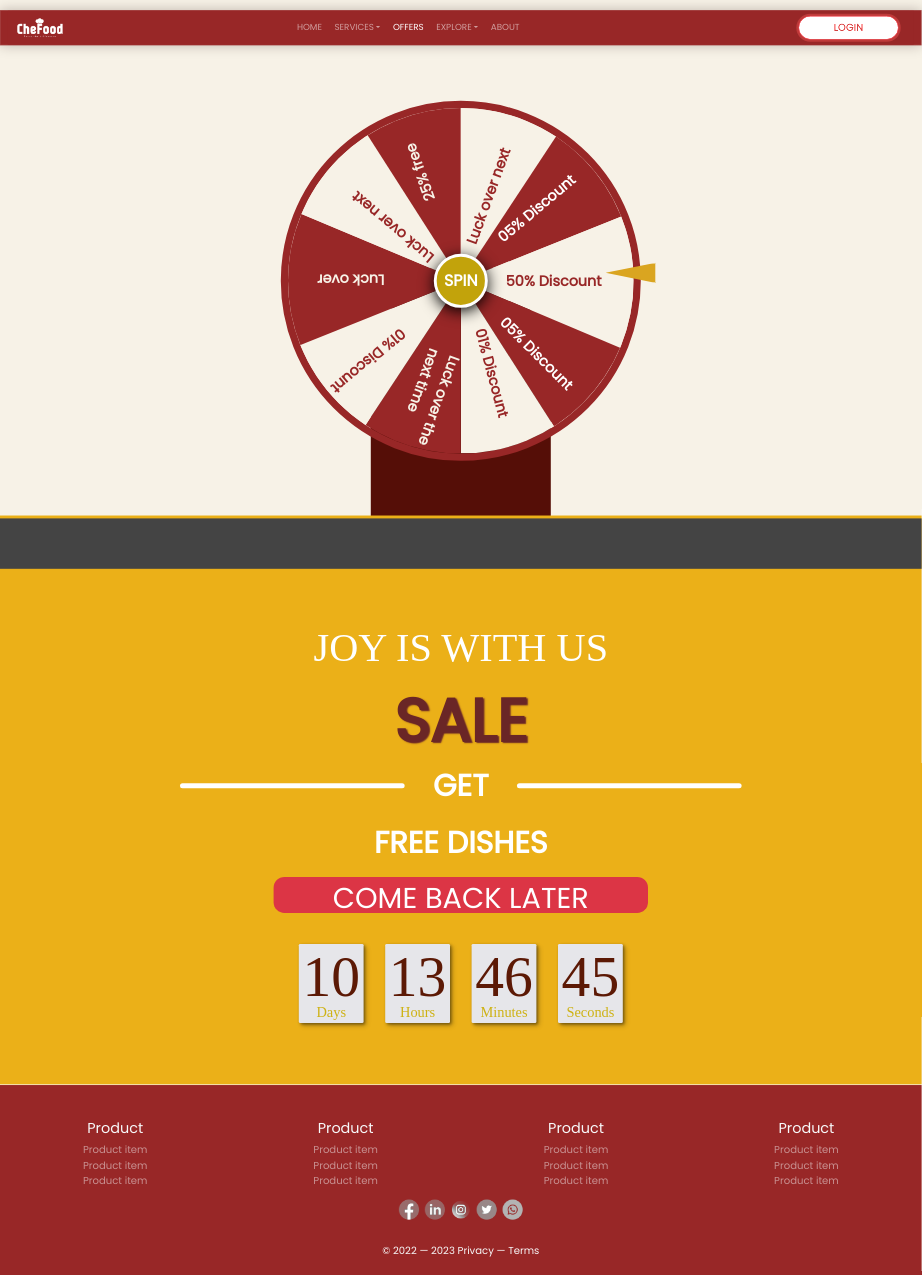
Repository: qamchamine/chefood
Page: /offers (app in front-end/)
These files come from the project's save history. The page is drawn as it stood at one moment and after the next save; the edit follows.
The browser window is 1280 px wide. The pictures show the whole page, at 72% of full size.
The project was rebuilt for these pictures with package versions that can differ from the ones it lists, and the page was loaded fresh each time. Some packages were replaced by stand-ins written for this rebuild. Also part of the build but not shown: front-end/src/components/small_components/ButtonMain.jsx, front-end/src/components/small_components/HomeCard.jsx, front-end/src/components/small_components/HomeCardFullSection.jsx, front-end/src/components/pages/Home.jsx, front-end/src/css/explore.css, front-end/src/components/pages/sub-pages/Gallery.jsx, front-end/src/components/pages/sub-pages/Delivery.jsx, front-end/src/components/small_components/ComponentToPrint.jsx and 28 more. Imported but missing from the stored project, and not drawn on this page: front-end/src/sounds/applause.mp3, front-end/src/sounds/wheel.mp3.

Above is the page before, as saved 2023-06-18 19:56:58.

### front-end/public/index.html
<!DOCTYPE html>
<html lang="en">
  <head>
    <meta charset="utf-8" />
    <link rel="icon" href="%PUBLIC_URL%/favicon.ico" />
    <meta name="viewport" content="width=device-width, initial-scale=1" />
    <meta name="theme-color" content="#000000" />
    <meta
      name="description"
      content="Web site created using create-react-app"
    />
    <link
    rel="stylesheet"
    href="https://fonts.googleapis.com/css?family=Roboto:400,700"
  />
    <link rel="apple-touch-icon" href="%PUBLIC_URL%/logo192.png" />
    <link rel="manifest" href="%PUBLIC_URL%/manifest.json" />

    <link rel="stylesheet" href="https://fonts.googleapis.com/icon?family=Material+Icons">

    <link rel="stylesheet" href="https://maxcdn.bootstrapcdn.com/font-awesome/4.7.0/css/font-awesome.min.css">
    <script src="https://code.jquery.com/jquery-3.5.1.min.js"></script>
    <script src="https://cdn.jsdelivr.net/npm/popper.js@1.16.0/dist/umd/popper.min.js"></script>




    <title>React App</title>
  </head>
  <body>

    <div id="root"></div>
<!--     <script src="jquery/jquery-3.6.0.js"></script>  -->
    <script src="https://unpkg.com/sweetalert/dist/sweetalert.min.js"></script>

  </body>
</html>

### front-end/src/components/pages/Offers.jsx
import React from 'react'
import WheelSpin from '../small_components/WheelSpin'
import OffersButtom from '../small_components/OffersButtom'
export default function Offers() {
  return (
    <div>


      <WheelSpin/>
      <OffersButtom/>
    </div>
  )
}

### front-end/src/css/home.css
.homeBG {
    height: fit-content;
    position: relative;
    right: -10%;
    top: 34%;
    z-index: -1;
    width: 100em !important;


}
@font-face {
    font-family: 'poppin';
    src: url('../fonts/Poppins/Poppins-Regular.ttf') ;
    font-weight: normal;
    font-style: normal;
  }
body {
    font-family:'poppin', sans-serif !important;
    background-color: #F7F2E7 !important;
    max-width: 100vw;
    font-weight: normal !important;
    overflow-x: hidden;
    font-size: 14px !important;
}

body::-webkit-scrollbar {
    width: 0;
}

.nb {
/*     position: fixed; */
/*     top: 1em; */
    background-color: #982727 !important;
    box-shadow: 0 0px 20px #1f020241;
    border: 1px solid #ffffff22;
}

.navbar {
    background-color: #982727 !important;
}

.changeColor {
    background-color: blue !important;
}

.signUP {
    background: white !important;
    color: #982727 !important;
    font-weight: bold !important;
    outline: 5px solid #982727ab;
    outline-offset: -2px;
    transition: 500ms ease;


}

.homeContent {
    height: 90vh;
    z-index: 0;
    margin-top: -1.5em !important;
}

.homeContent h1 {
    color: #F7F2E7;
    text-align: start;
width: 40vw !important;
}

.homeContent h1 span {
    position: relative;
    display: inline-block;
    margin-bottom: 10px;
    padding: 4px 20px 8px;
    transition: 1s ease;
}

.homeContent h1 span::before {
    content: '';
    position: absolute;
    background: #982727;
    left: 0;
    top: 0;
    z-index: -1;
    width: 100%;
    height: 100%;
    transform: skew(-10deg);
}

.homeContent h1 span:last-child::before {
    transform: skew(10deg);
}

.homeContent p {
    width: 72%;
    color: #982727;
    text-align: left;
}

.homeContent .homeMainButtons {
    width: 72%;
}

.cardBtn {
    transition: 1s ease;
}

.cardBtn:hover {
    filter: brightness(130%);

}

.cardBtn i {
    left: 63%;
    transition: 300ms ease;
}

.cardBtn:hover i {
    left: 75%;
}

.btnMain:hover {
    filter: brightness(130%);
}

.card-img-top {
    object-fit: cover;
}

.signUP:hover {

    background: #982727 !important;
    color: white !important;
    font-weight: bold !important;
    outline: 5px solid #ffffff55;
    outline-offset: -4px;
}

.cardsGroup:not(:first-child) {
    translate: 50% 0;
}

.arrow-1-1 {
    position: absolute;
    top: 50%;
    left: 0;
}

.home .carousel-control-prev-icon,
.home .carousel-control-next-icon {

    width: 1.3em;
    height: 1.3em;
    color:black !important;

    outline: 12px solid #982929;
    outline-offset: -1px;
    background-color: #982929;
    background-size: 100%, 100%;
    border-radius: 50%;
    box-shadow: 0 0 10px black;
}

.home .carousel-control-prev,
.home .carousel-control-next {
    z-index: 10;
    width: 4em !important;
/*     background: red; */

}

/* .py-4 {
    padding-top: 0rem !important;
    padding-bottom: 0rem !important;
} */

.nb{
    zoom:87%;
}

### front-end/src/css/delivery.css
.price {
    background: #982727;
    color: white;
    text-align: center;
    padding-block: 1em;
    border-radius: .5em;
}

.delivery-page .card {
    transition: 300ms ease;
    user-select: none;
}

.delivery-page .card ul {
    list-style-type: none;
}

.delivery-page .card:hover {
    filter: contrast(120%);
    cursor: pointer;
    outline: .3em solid #982727;
    box-shadow: 0 .4em 0px .3em #982727 !important;
}

.delivery-page {
    height: fit-content;
    display: flex;
    align-items: center;
    margin-top: 8em !important;
}
.scroll-bar-activated::-webkit-scrollbar {
    display: block !important;
    background: rgba(255, 0, 0, 0) !important;
    width: 1em !important;
}
.scroll-bar-activated{
    overflow: overlay !important;

}
.scroll-bar-activated::-webkit-scrollbar-thumb {
    display: block !important;
    background: linear-gradient(to bottom,transparent 0% 23%,#982727 20% 70%,transparent 50% 100%) !important;
    z-index: 10000000 !important;
    width: 10px !important;
}

.delivery-page>div {
    height: fit-content;
    position: relative;

}

.delivery-page>div:last-child h5 img {
    height: 11em;
}

h1.section-2{
    margin-top: 4em ;
}
.cards2{
    margin-bottom: 5em ;
}
h1{
    text-transform: uppercase;
    color: #6a2626;;
}

### front-end/src/components/small_components/WheelSpin.jsx
import React, { useEffect,useContext } from 'react'
import '../../css/spinWheel.css'
import applause from '../../sounds/applause.mp3'
import wheel from '../../sounds/wheel.mp3'
import {Link} from 'react-router-dom'
import swal from 'sweetalert2'
import { LoginContext } from '../../config/LoginContext'
export default function WheelSpin() {
  const { isLoggedIn } = useContext(LoginContext);

useEffect(() => {


    function shuffle(array) {
        var currentIndex = array.length,
          randomIndex;

        // While there remain elements to shuffle...
        while (0 !== currentIndex) {
          // Pick a remaining element...
          randomIndex = Math.floor(Math.random() * currentIndex);
          currentIndex--;

          // And swap it with the current element.
          [array[currentIndex], array[randomIndex]] = [
            array[randomIndex],
            array[currentIndex],
          ];
        }

        return array;
      }

      document.querySelector('.spin').addEventListener('click',spin)
      function spin() {
        // Play the sound
        document.querySelector('#wheel').play();
        // Inisialisasi variabel
        const box = document.getElementById("box");
        const element = document.getElementById("mainbox");
        let SelectedItem = "";

        let MagicRoaster = shuffle([1890, 2250, 2610]);
        let Sepeda = shuffle([1850, 2210, 2570]); //Kemungkinan : 100%
        let RiceCooker = shuffle([1810, 2170, 2530]);
        let LunchBox = shuffle([1770, 2130, 2490]);
        let Sanken = shuffle([1750, 2110, 2470]);
        let Electrolux = shuffle([1630, 1990, 2350]);
        let JblSpeaker = shuffle([1570, 1930, 2290]);

        // Bentuk acak
        let Hasil = shuffle([
          MagicRoaster[0],
          Sepeda[0],
          RiceCooker[0],
          LunchBox[0],
          Sanken[0],
          Electrolux[0],
          JblSpeaker[0],
        ]);
        // console.log(Hasil[0]);

        // Ambil value item yang terpilih
        if (MagicRoaster.includes(Hasil[0])) SelectedItem = "50% Discount";
        if (Sepeda.includes(Hasil[0])) SelectedItem = " 05% Discount";
        if (RiceCooker.includes(Hasil[0])) SelectedItem = "01% Discount";
        if (LunchBox.includes(Hasil[0])) SelectedItem = "Luck over the next time";
        if (Sanken.includes(Hasil[0])) SelectedItem = "01% Discount";
        if (Electrolux.includes(Hasil[0])) SelectedItem = "25% Discount";
        if (JblSpeaker.includes(Hasil[0])) SelectedItem = "05% Discount";

        // Proses
        box.style.setProperty("transition", "all ease 5s");
        box.style.transform = "rotate(" + Hasil[0] + "deg)";
        element.classList.remove("animate");
        setTimeout(function () {
          element.classList.add("animate");
        }, 5000);

        // Munculkan Alert
        setTimeout(function () {
            document.querySelector('#applause').play();
/*           swal(
            "Congratulations",
            "You Won The " + SelectedItem + ".",
            "success"
          ); */


         new swal({
            title: "Congratulations",
            text: "You Won The " + SelectedItem + ".",
            icon: "success",
            buttons: {
              confirm: {
                text: "CLAIM REWARD",
                value: true,
                className: "claim-btn"
              },
            },
          })
          .then((value) => {
            // The user clicked the "OK" button
/*             console.log("User clicked OK");
 */          });


        }, 6000);

        // Delay and set to normal state
        setTimeout(function () {
          box.style.setProperty("transition", "initial");
          box.style.transform = "rotate(90deg)";
        }, 9000);
      }


}, []);




  return (
    <div className="spinner-wheel ">
    <div className="mainbox" id="mainbox">
      <div className="box" id="box">
        <div className="box1">
          <span className="font span1"><b >  Luck over next </b></span>
          <span className="font span2"><b>05% Discount</b></span>
          <span className="font span3"><b>50% Discount</b></span>
          <span className="font span4"><b> 05%  Discount</b></span>
          <span className="font span5"><b> 01% Discount <br />
              </b></span>
        </div>
        <div className="box2">
          <span className="font span1"><b>Luck over the next time</b></span>
          <span className="font span2"><b>01% Discount </b></span>
          <span className="font span3"><b>Luck over </b></span>
          <span className="font span4"><b>Luck over next</b></span>
          <span className="font span5"><b>25% free</b></span>
        </div>
      </div>

      <div className="text-center">

	<button  className={`spin ${isLoggedIn?'':'d-none'} ` } >SPIN</button>
  {isLoggedIn?'':<button  className="trigger-btn spin" data-bs-toggle="modal" data-bs-target="#myModal">SPIN</button>}

</div>

<div id="myModal" className="modal ">
	<div className="modal-dialog position-relative modal-confirm">
		<div className="modal-content ">
			<div className="modal-header flex-column">
                <button type="button" className="btn-close " style={{translate:'80% -80%'}} data-bs-dismiss="modal" ></button>
				<div className="icon-box">
					<i className="material-icons">warning</i>
				</div>
				<h4 className="modal-title w-100 ">You need to login first !</h4>
			</div>
			<div className="modal-body">
				<p>Do you really want to delete these records? This process cannot be undone.</p>
			</div>
			<div className="modal-footer justify-content-center gap-4">

        <Link to='/register' className="btn w-25 btn-secondary"
        >Register</Link>

        <Link to='/login' className="btn w-25 px-4 ">Login</Link>
			</div>
		</div>
	</div>
</div>













    </div>
    <audio controls="controls" id="applause" src={applause} type="audio/mp3"></audio>
    <audio controls="controls" id="wheel" src={wheel} type="audio/mp3"></audio>
    <div className='spinBase'></div>
<div className=' w-100 position-absolute top-100' style={{height:'5em',background:'#444'}}>

</div>

  </div>
  )
}

### front-end/src/components/small_components/OffersButtom.jsx
import React from 'react'
import '../pages/style/offoreB.css'
// import  CountDown  from './CountDown'
import Timer from './Timer'


export default function OffersButtom() {
  return (
    <div className='parent-element bgBorder'>
      <div className='borderTB'></div>
        <div className=' contM '>
            <h1 className='title'>Joy is with us</h1>
                <h1 className='titleblack color-dark'>SALE</h1>
                  <p className='getparagraph'>GET</p>
                  <p>FREE DISHES</p>

                  <span className='bg-danger h1 Vbotton  '>COME BACK LATER</span>
                  {/* <CountDown duration={2 * 24 * 60 * 60 * 1000}/> */}
                  <Timer/>


        </div>
      <div className='borderTB'></div>
    </div>
  )
}

### front-end/src/components/small_components/Timer.jsx
import React, { useEffect, useState } from 'react';
import '../../css/Timer.css'

function Timer() {
  const [days, setDays] = useState('00');
  const [hours, setHours] = useState('00');
  const [minutes, setMinutes] = useState('00');
  const [seconds, setSeconds] = useState('00');

  useEffect(() => {
    function makeTimer() {
      const endTime = new Date("29 jun 2023 9:56:00 GMT+01:00");
      const endTimeInSeconds = Date.parse(endTime) / 1000;

      const now = new Date();
      const nowInSeconds = Date.parse(now) / 1000;

      const timeLeft = endTimeInSeconds - nowInSeconds;

      const calculatedDays = Math.floor(timeLeft / 86400);
      const calculatedHours = Math.floor((timeLeft - calculatedDays * 86400) / 3600);
      const calculatedMinutes = Math.floor((timeLeft - calculatedDays * 86400 - calculatedHours * 3600) / 60);
      const calculatedSeconds = Math.floor(timeLeft - calculatedDays * 86400 - calculatedHours * 3600 - calculatedMinutes * 60);

      const formattedHours = calculatedHours < 10 ? `0${calculatedHours}` : calculatedHours.toString();
      const formattedMinutes = calculatedMinutes < 10 ? `0${calculatedMinutes}` : calculatedMinutes.toString();
      const formattedSeconds = calculatedSeconds < 10 ? `0${calculatedSeconds}` : calculatedSeconds.toString();

      setDays(calculatedDays.toString());
      setHours(formattedHours);
      setMinutes(formattedMinutes);
      setSeconds(formattedSeconds);
    }

    const timerInterval = setInterval(makeTimer, 100);

    return () => {
      clearInterval(timerInterval);
    };
  }, []);

  return (
    <div className='timer'>
      <div id="days" className='timerD' >{days}<span className='Stime'>Days</span></div>
      <div id="hours"  className='timerD'>{hours}<span className='Stime'>Hours</span></div>
      <div id="minutes" className='timerD' >{minutes}<span className='Stime'>Minutes</span></div>
      <div id="seconds" className='timerD' >{seconds}<span className='Stime'>Seconds</span></div>
    </div>
  );
}

export default Timer;

### front-end/src/css/location.css
@import url('https://fonts.googleapis.com/css2?family=Roboto:wght@100&display=swap');

.location-color
{
  color : #982727;
  text-transform: uppercase;
  letter-spacing: 0.3em;
}
.where-restorant
{
    width: 459px;
    margin:auto;
}
.restorant-location-title{
    font-family: 'Century Gothic';
    font-size:32px;
    font-weight:400;
}
.restorant-location-line{
    background:#B12222;
    height: 3px;
    width: 450px;
    display: inline-block;
    margin: 15px auto;
}
.restorant-location-p
{
    color:#000000 75%;
    font-size: 15px;
    font-weight: 400;
    font-family: 'Roboto', sans-serif;
}
.main-location{
    display: grid !important;
    grid-template-columns: repeat(2, 1fr);
    flex-direction: column;
    justify-content: center;
    align-items: center;
    text-align:center;
}
.restorant-location-btn{
    background-color: #B12222;
    border: none;
    width: 300px;
    height: 40px;
    border-radius: 15px;
    color: #fff;
}
.restorant-location-btn:hover{
    background-color: #fff;
    border: 2px solid #B12222;
    border-radius: 15px;
    color: #B12222;
}
.location-icon{
    margin-right: 15px;
}


  @media (max-width: 1123px) { /* Extra large devices (large desktops, 1200px and up) */
    .earth-image img{
        width: 450px;
    }
  }
  @media (max-width: 992px) { /* Medium devices (tablets, 768px and up) */
    .earth-image img{
        width: 400px;
    }
    .where-restorant {
        width: 400px;
        margin: auto;
    }
    .restorant-location-line{
        width: 350px;
        display: inline-block;
    }
  }
  @media (max-width: 868px) { /* Medium devices (tablets, 768px and up) */

    .earth-image img{
        width: 380px;
    }
    .where-restorant {
        width: 380px;
        margin: auto;
    }
    .restorant-location-line{
        width: 320px;
        display: inline-block;
    }
    .restorant-location-p{
        font-size: 13px;
    }
    .restorant-location-title{
        font-size:28px;
    }

  }
  @media (max-width: 783px) { /* Small devices (landscape phones, 576px and up) */
    .earth-image img{
        margin-top: 30px;
        width: 380px;
    }
    .where-restorant {
        width: 380px;
        margin: auto;
    }
    .restorant-location-line{
        width: 320px;
        display: inline-block;
    }
    .restorant-location-p{
        font-size: 15px;
    }
    .restorant-location-title{
        font-size:32px;
    }
    .main-location{
        display: grid !important;
        grid-template-columns: repeat(1, 1fr);
        justify-items: center;
        text-align:center;
    }
  }
  @media(max-width: 401px){ /* Small devices (landscape phones, 576px and up) */
    .earth-image img{
        width: 330px;
        margin-top: 30px;
    }
    .where-restorant {
        width: 330px;
        margin: auto;
    }
    .restorant-location-line{
        width: 320px;
        display: inline-block;
    }
    .restorant-location-p{
        font-size: 13px;
    }
    .restorant-location-title{
        font-size:28px;
    }
    .main-location{
        display: grid !important;
        grid-template-columns: repeat(1, 1fr);
        justify-items: center;
        text-align:center;
    }
  }

### front-end/src/css/Timer.css

@import url(https://fonts.googleapis.com/css?family=Titillium+Web:400,200,200italic,300,300italic,900,700italic,700,600italic,600,400italic);

/* .timer {
  font-family: 'Titillium Web', cursive;
  width: 800px;
  margin: 0 auto;
  text-align: center;
  color: white;
  background: #222;
  font-weight: 100;
} */

.timer {
  display: inline-flex;
  line-height: 1;
  padding: 20px;
  font-size: 40px;
  font-family: 'Times New Roman', cursive;


}
.timerD{
    border-radius: 2px;
    padding: 5px;
    font-size: 10px;
    border: 70px rgb(131, 55, 55);
    box-shadow:2px 2px 4px rgba(0, 0, 0, 0.4), 4px 4px 8px rgba(0, 0, 0, 0.2);
}

.Stime {
  display: block;
  font-size: 20px;
  color: rgb(206, 178, 19);

}

#days {
  font-size: 80px;
  color: rgb(92, 25, 5);
  background-color:rgb(230, 230, 234);

  margin: 15px;
}
#hours {
  font-size: 80px;
  color: rgb(92, 25, 5);
  background-color:rgb(230, 230, 234);
  margin: 15px;
}
#minutes {
  font-size: 80px;

  color: rgb(92, 25, 5);
  background-color:rgb(230, 230, 234);
  margin: 15px;
}
#seconds {
  font-size: 80px;
  color: rgb(92, 25, 5);
  background-color:rgb(230, 230, 234);
  margin: 15px;
}

Loaded but not shown: front-end/src/index.css (common file); front-end/src/App.js (39 lines, source omitted); front-end/src/config/LoginContext.js (68 lines, source omitted); front-end/src/index.js (20 lines, source omitted); front-end/src/css/reservation.css (400 lines, source omitted); front-end/src/css/spinWheel.css (284 lines, source omitted); front-end/src/components/Navbar.jsx (162 lines, source omitted); front-end/src/css/nav-footer.css (260 lines, source omitted); front-end/src/css/contactus.css (178 lines, source omitted); front-end/src/components/pages/style/offoreB.css (191 lines, source omitted); front-end/src/components/Footer.jsx (57 lines, source omitted)

After the next save:
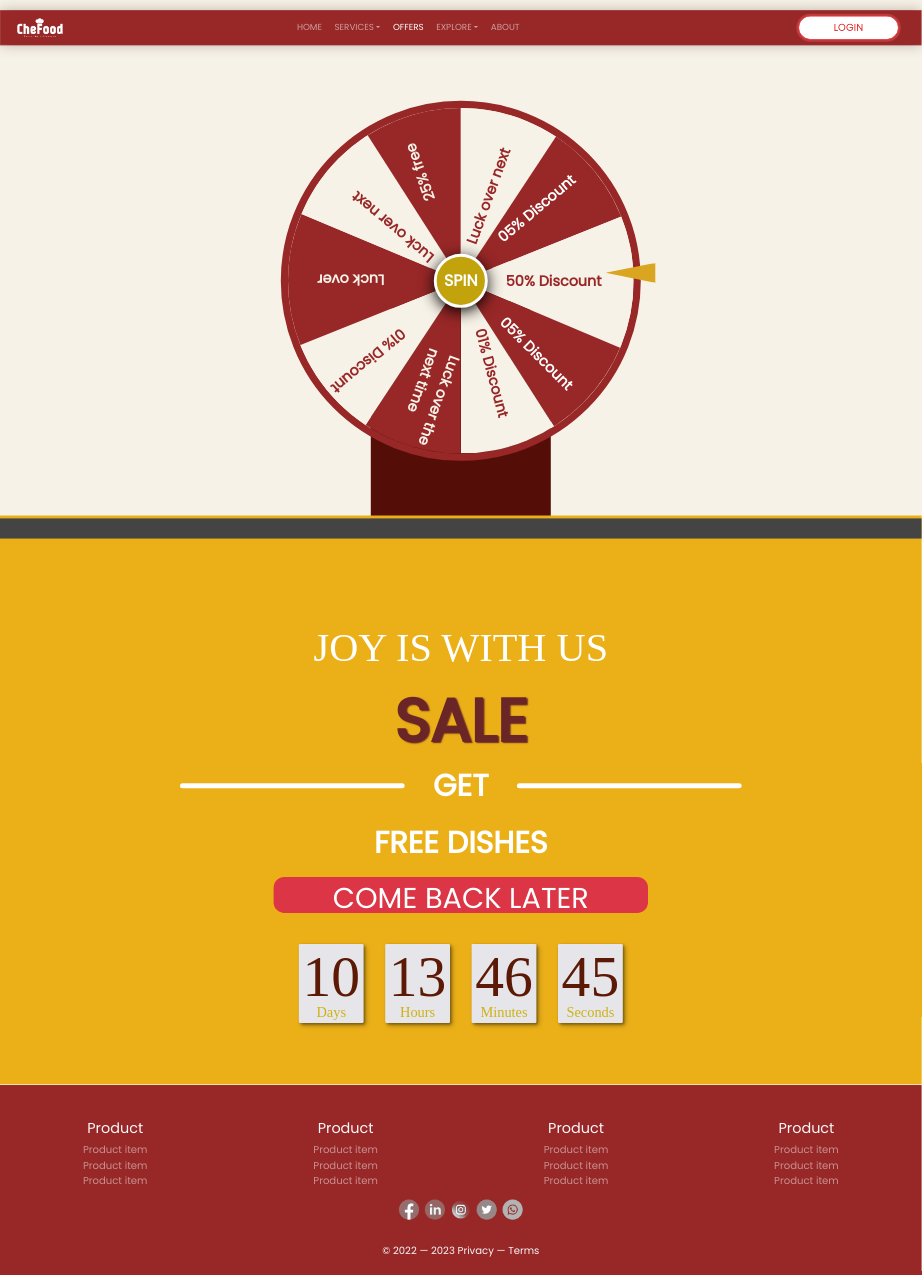
Saved 11 s later.
--- a/front-end/src/components/small_components/WheelSpin.jsx
+++ b/front-end/src/components/small_components/WheelSpin.jsx
@@ -188,7 +188,7 @@ useEffect(() => {
     <audio controls="controls" id="applause" src={applause} type="audio/mp3"></audio>
     <audio controls="controls" id="wheel" src={wheel} type="audio/mp3"></audio>
     <div className='spinBase'></div>
-<div className=' w-100 position-absolute top-100' style={{height:'5em',background:'#444'}}>
+<div className=' w-100 position-absolute top-100' style={{height:'2em',background:'#444'}}>
 
 </div>
 
